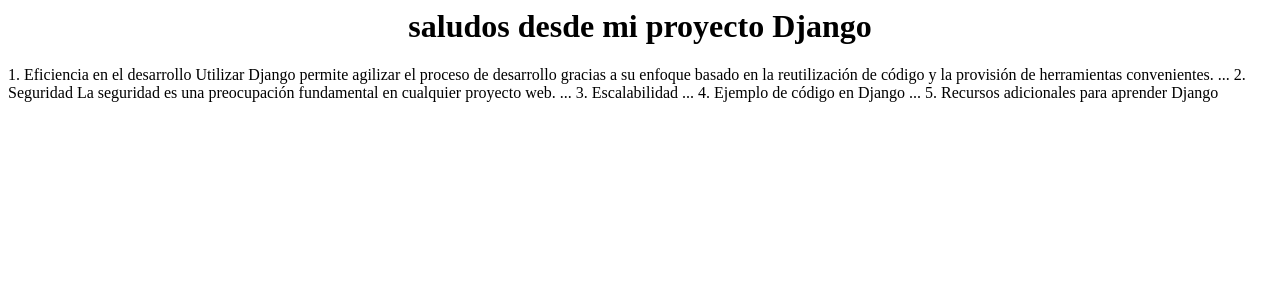
Repository: profe-ggarrido/desaf-aplic-web-python
Page: http://localhost/
These files come from the project's save history. The page is drawn as it stood at one moment and after the next save; the edit follows.
The browser window is 1280 px wide. The pictures show the whole page.
The page is served by the project's application, run on Django 4.2 (pro_alfa/manage.py).

Above is the page before, as saved 2024-04-29 19:25:40.

After the next save:
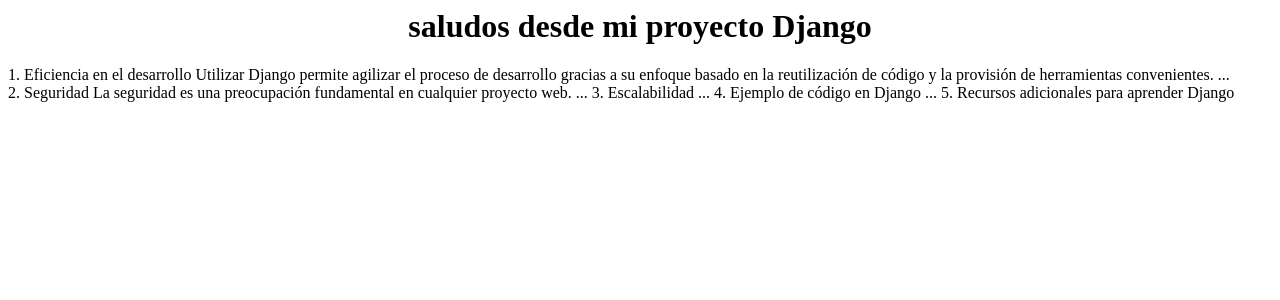
Saved 5 min 7 s later.
--- a/pro_alfa/holaMundo/views.py
+++ b/pro_alfa/holaMundo/views.py
@@ -6,7 +6,7 @@
     return HttpResponse(
         """
         <h1><center>saludos desde mi proyecto Django</center></h1>
-        <p> 1. Eficiencia en el desarrollo Utilizar Django permite agilizar el proceso de desarrollo gracias a su enfoque basado en la reutilización de código y la provisión de herramientas convenientes. ...
+        <p> 1. Eficiencia en el desarrollo Utilizar Django permite agilizar el proceso de desarrollo gracias a su enfoque basado en la reutilización de código y la provisión de herramientas convenientes. ... <br>
 2. Seguridad La seguridad es una preocupación fundamental en cualquier proyecto web. ...
 3. Escalabilidad ...
 4. Ejemplo de código en Django ...
